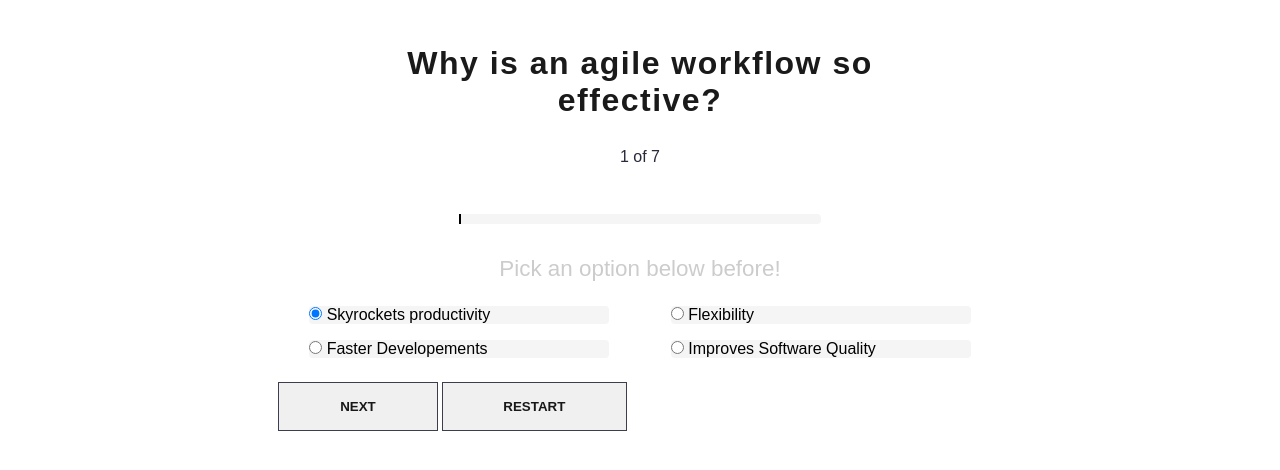
Repository: mukiSabljakovic/Quiz-APP
Page: index.html
These files come from the project's save history. The page is drawn as it stood at one moment and after the next save; the edit follows.
The browser window is 1280 px wide. The pictures show the whole page.
Some web fonts or font styles are not loaded; a fallback is used.

Above is the page before, as saved 2020-05-01 12:06:02.

After the next save:
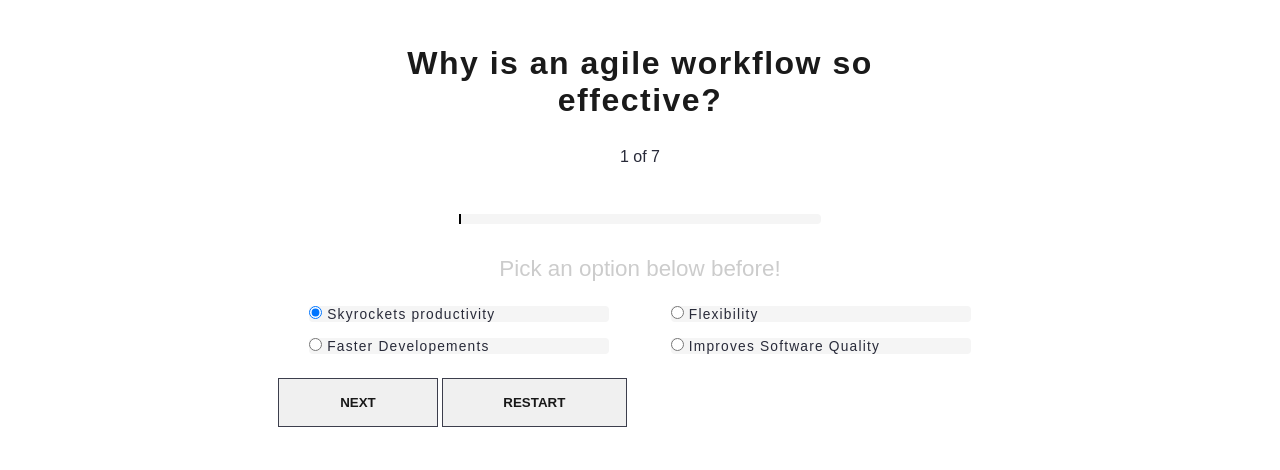
Saved 49 s later.
--- a/css/style.css
+++ b/css/style.css
@@ -106,4 +106,7 @@
     background: var(--light-white);
     margin: .5rem auto;
     font-family: sans-serif;
+    color: var(--light-black);
+    letter-spacing: 1.2px;
+    font-size: .86rem;
 }
